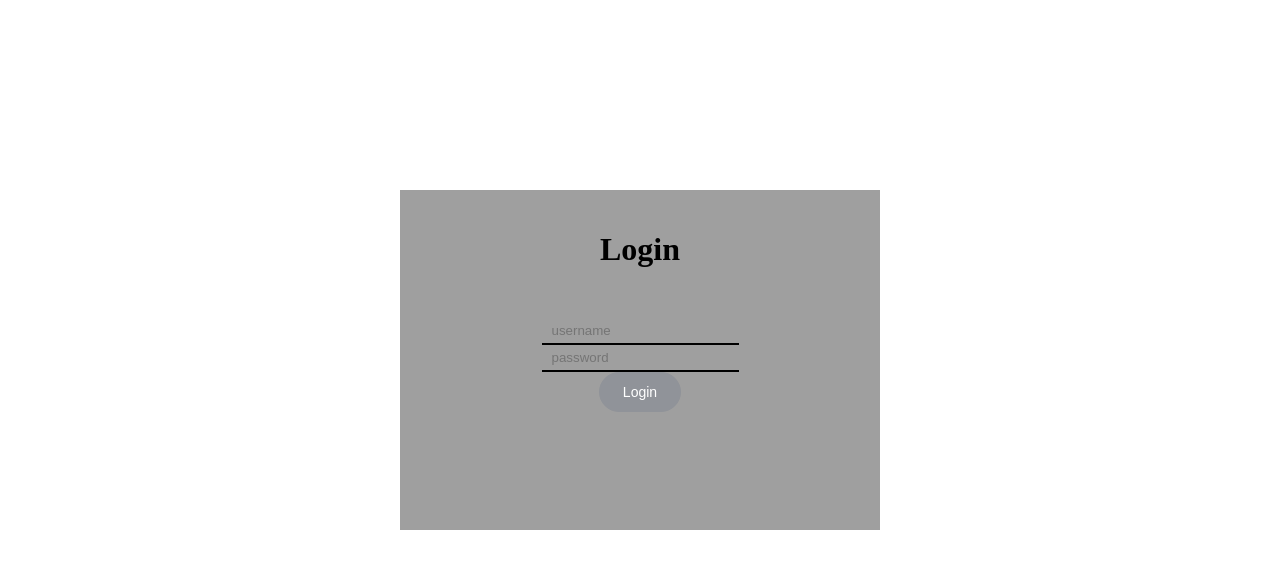
Repository: 951713487/net_shopping
Page: /
These files come from the project's save history. The page is drawn as it stood at one moment and after the next save; the edit follows.
The browser window is 1280 px wide. The pictures show the whole page.
The project was rebuilt for these pictures with package versions that can differ from the ones it lists, and the page was loaded fresh each time.

Above is the page before, as saved 2020-03-17 14:36:09.

### src/App.vue
<template>
  <div id="app">
  <router-view></router-view>
  </div>
</template>

<script>


export default {
  name: 'app'

}
</script>

<style>

</style>

### src/router/index.js
import Vue from 'vue'
import VueRouter from 'vue-router'
import Login from '../components/Login.vue'


Vue.use(VueRouter)



const router = new VueRouter({
  routes:[
    { path: '/' , redirect: '/login' },
    { path: '/login' , component: Login }
  ]
})

export default router

### src/plugins/element.js
import Vue from 'vue'
import { Button, Input } from 'element-ui'

Vue.use(Button)
Vue.use(Input)

### src/components/Login.vue
<template>
  <div id="login_box">
    <h1>Login</h1>
    <div class="form">
      <div class="item">
        <i></i>
        <input placeholder="username" prefix-icon="el-icon-search" v-model="input1" type="text" />
      </div>
      <div class="item">
        <i></i>
        <input placeholder="password" prefix-icon="el-icon-search" v-model="input2" type="password" />
      </div>
    </div>
    <el-button type="info" round>Login</el-button>
  </div>
</template>

<script>
export default {};
</script>

<style lang="less" scoped>
#login_box {
  width: 30%;
  height: 300px;
  border: 1px #000;
  margin: 0 auto;
  margin-top: 15%;
  text-align: center;
  background-color: #00000060;
  padding: 20px 50px;
}

#login_box .form{
    margin-top:50px;

}

#login_box .form .item input{
    border: 0;
    border-bottom: 2px solid #000;
    padding: 5px 10px;
    background: #ffffff00;
}
</style>

Loaded but not shown: public/index.html (common file); src/main.js (common file)

After the next save:
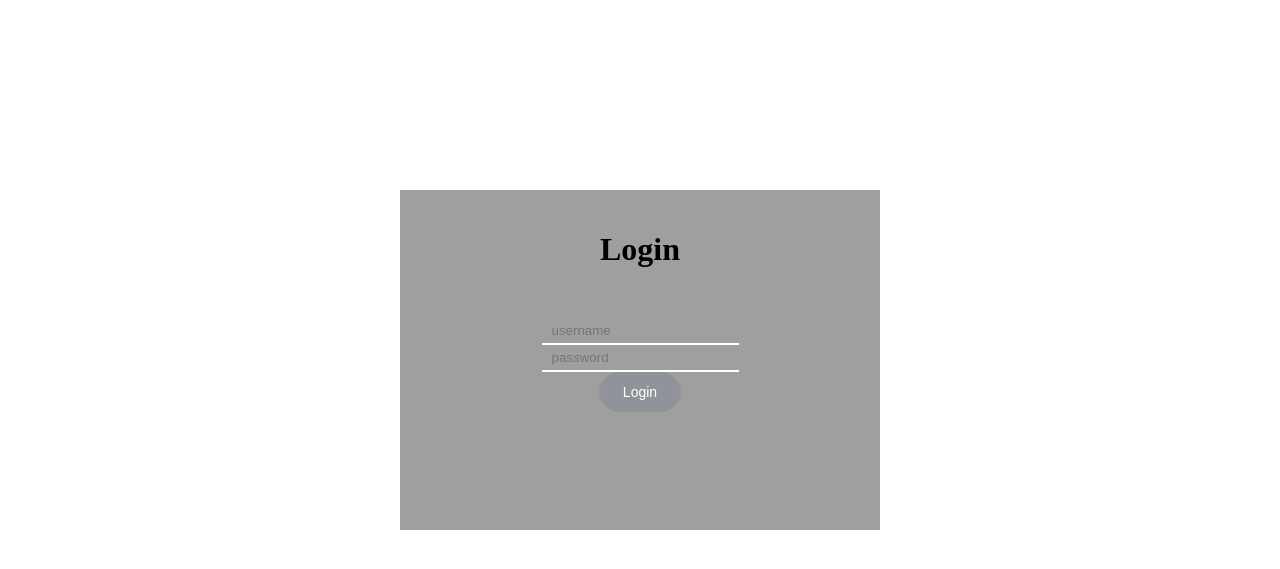
Saved 47 s later.
--- a/src/components/Login.vue
+++ b/src/components/Login.vue
@@ -38,8 +38,10 @@ export default {};
 
 #login_box .form .item input{
     border: 0;
-    border-bottom: 2px solid #000;
+    border-bottom: 2px solid #fff;
     padding: 5px 10px;
     background: #ffffff00;
+    color: #fff;
+
 }
 </style>
